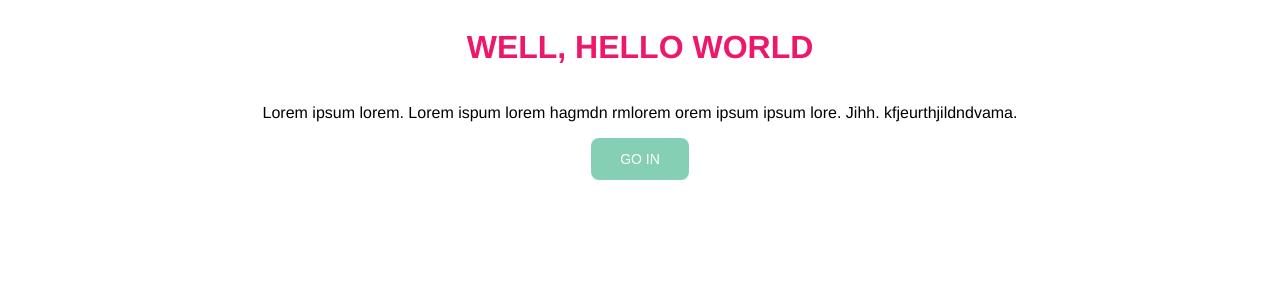
Repository: dianabit/react-app
Page: /
An editor plug-in stored every save of this project. The page is shown before and after the next save, followed by the edit.
The browser window is 1280 px wide. The pictures show the whole page.
Some web libraries are served in a nearby version. The project was rebuilt for these pictures with package versions that can differ from the ones it lists, and the page was loaded fresh each time. Also part of the build but not shown: webpack.config.js.

Above is the page before, as saved 2018-12-01 14:27:50.

### src/index.html
<!DOCTYPE html>
<html>
    <head>
        <meta charset="UTF-8">
        <meta name="viewport" content="width=device-width, initial-scale=1.0">
        <meta http-equiv="X-UA-Compatible" content="ie=edge">
        <link href="https://maxcdn.bootstrapcdn.com/font-awesome/4.2.0/css/font-awesome.min.css" rel="stylesheet" media="screen" />
        <title>Have a Book!</title>
    </head>
    <body>
        <div id="app"></div>
        <script src="./bundle.js"></script>
    </body>
</html>

### src/index.js
import React from 'react';
import ReactDOM from "react-dom";

import App from './containers/App/index';

ReactDOM.hydrate(<App />, document.getElementById('app'));

### src/containers/App/index.js
import React from 'react';
import Site from '../Site/index';


class App extends React.Component {
  render() {
    return <Site />;
  }
}

export default App;

### src/containers/Site/index.js
import React from 'react';
import styled from 'styled-components';
import Auth from '../Auth/index';

const MainContainer = styled.div`
    font-family: Helvetica;
`;

export class Site extends React.PureComponent {
    constructor(props) {
        super(props);
    }

  render() {

    return (
        <MainContainer>
            <Auth />
        </MainContainer>
        )
    }
}

export default Site;

### src/containers/Auth/index.js
import React from 'react';
import styled from 'styled-components';
import Button from '../../components/Button';
import Heading from '../../components/Heading';
import Paragraph from '../../components/Paragraph';
import FormInput from '../../components/Form/FormInput';

const Container = styled.div`
    display: flex;
    flex-direction: column;
    align-items: center;
    justify-content: center;
`;

class Auth extends React.Component {
    constructor(props) {
        super(props);

        this.state={
            isFormOpen: false
        }

        this.enterApp = this.enterApp.bind(this);
    }

    enterApp() {
        this.setState({isFormOpen: true});
    }

    render() {
    const { isFormOpen } = this.state;
    return(
        <Container>
            <Heading
                text="WELL, HELLO WORLD"
                fontStyle="bold"
                isLarge
            />
            <Paragraph
                text="Lorem ipsum lorem. Lorem ispum lorem hagmdn rmlorem orem ipsum ipsum lore. Jihh. kfjeurthjildndvama."
            />
            <Button
                type="submit"
                onClick={this.enterApp}
                text="GO IN"
                />
                {isFormOpen && (
                    <FormInput />
                )}
        </Container>
    )
}
}

export default Auth;

### src/components/Button/index.js
import React from 'react';
import styled from 'styled-components';

const Element = styled.button`
    background-color: ${props => props.bgColor || '#85CFB4'};
    width: 7em;
    height: 3em;
    border: none;
    border-radius: 8px;
    color: #fff;
    font-size: 14px;
    font-style: bold;

    :focus {
        outline: none;
    }

    :hover {
        background-color: #a3e6cd;
        cursor: pointer;
    }
`

function Button(props) {
    const { type, onClick, text, bgColor } = props;
    return (
        <Element
            type={type}
            onClick={onClick}
            bgColor={bgColor}
        >
            {text}
        </Element>
    )
}

export default Button;

### src/components/Heading/index.js
import React from 'react';
import styled from 'styled-components';

const LargeHeading = styled.h1`
    color: ${props => props.color || '#ED186B'};
    font-style: ${props => props.fontStyle || 'normal'};
`
const RegularHeading = styled.h3`
    color: ${props => props.color || '#ED186B'};
    font-style: ${props => props.fontStyle || 'normal'};
`
const SmallHeading = styled.h5`
    color: ${props => props.color || '#FFB312'};
    font-style: ${props => props.fontStyle || 'normal'};
`

function Heading(props) {
    const { text, isLarge, isRegular, isSmall, color, fontStyle } = props;
    return (
        <div>
            {isLarge && (
                <LargeHeading
                    color={color}
                    fontStyle={fontStyle}
                >
                    {text}
                </LargeHeading>
            )}
            {isRegular && (
                <RegularHeading
                    color={color}
                    fontStyle={fontStyle}
                >
                    {text}
                </RegularHeading>
            )}
            {isSmall && (
                <SmallHeading
                color={color}
                fontStyle={fontStyle}
                >
                    {text}
                </SmallHeading>
            )}
        </div>
    )
}

export default Heading;

### src/components/Paragraph/index.js
import React from 'react';
import styled from 'styled-components';

const Element = styled.p`
    color: ${props => props.color || '#000'};
    font-style: ${props => props.fontStyle || 'normal'};
    font-size: ${props => props.isSmall ? '12px' : '16px'};
`

function Paragraph(props) {
    const { fontStyle, color, isSmall, text } = props;
    return (
        <Element
            fontStyle={fontStyle}
            color={color}
            isSmall={isSmall}
        >
            {text}
        </Element>
    )
}

export default Paragraph;

### src/components/Form/index.js
import React from 'react';
import FormInput from './FormInput';
import Button from '../Button';

const Wrapper = styled.div`
  display: flex;
  flex-direction: column;
  align-items: flex-end;
`;

const FormWrapper = styled.div`
  display: flex;
  align-self: flex-start;
`;

class Form extends React.Component {
  render() {
    return (
      <Wrapper>
        <i class="fa fa-times" />
        <FormWrapper>
          <FormInput
            name="username"
            placeholder="Username"
            icon="user"
          />
          <FormInput
            name="password"
            placeholder="Password"
            icon="unlock"
          />
          <Button type="submit" text="SUBMIT" onClick={this.onClick} />
        </FormWrapper>
      </Wrapper>
    );
  }
}

export default Form;

### src/components/Form/FormInput.js
import React from 'react';
import styled from 'styled-components';
import Paragraph from '../Paragraph';

const FieldWrapper = styled.div`
  position: relative;
  display: flex;
  display: flex;
  align-items: flex-end;
  font-size: 35px;
  color: #ed186b;
`;

const Field = styled.div`
  display: flex;
  flex-direction: column;
  margin-left: 20px;
  margin-top: 30px;
`;

const Input = styled.input`
  border: 1px solid #ed186b;
  padding: 10px;
  border-radius: 5px;
`;

function FormInput(props) {
  const {name, placeholder, icon} = props;
  return (
    <FieldWrapper>
      <i class={`fa fa-${icon}`}/>
      <Field>
        <Input
          name={name}
          placeholder={placeholder}
        />
      </Field>
    </FieldWrapper>
  );
}

export default FormInput;

After the next save:
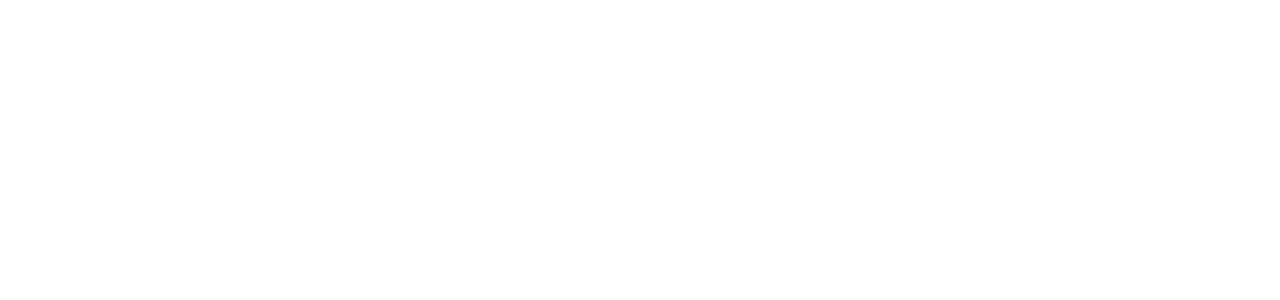
Console error: ReferenceError: styled is not defined
Saved 10 s later.
--- a/src/containers/Auth/index.js
+++ b/src/containers/Auth/index.js
@@ -4,6 +4,7 @@
 import Heading from '../../components/Heading';
 import Paragraph from '../../components/Paragraph';
 import FormInput from '../../components/Form/FormInput';
+import Form from '../../components/Form';
 
 const Container = styled.div`
     display: flex;
@@ -45,7 +46,7 @@
                 text="GO IN"
                 />
                 {isFormOpen && (
-                    <FormInput />
+                    <Form />
                 )}
         </Container>
     )

After the save that followed:
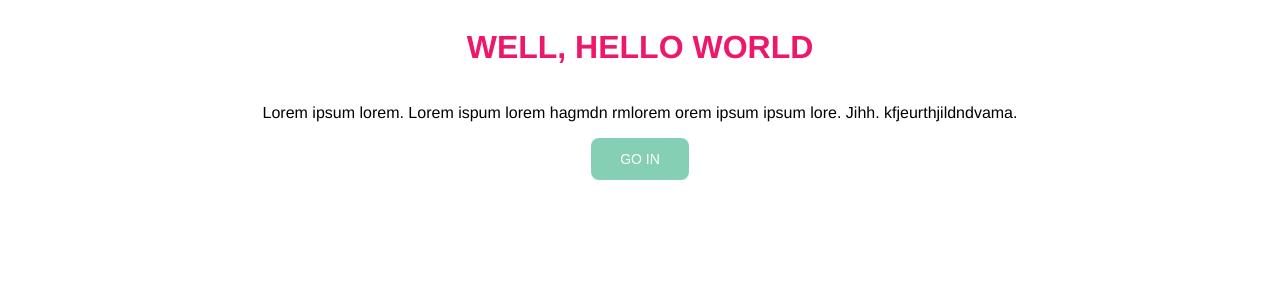
The error is gone.
Saved 24 s later.
--- a/src/components/Form/index.js
+++ b/src/components/Form/index.js
@@ -1,4 +1,5 @@
 import React from 'react';
+import styled from 'styled-components';
 import FormInput from './FormInput';
 import Button from '../Button';
 
